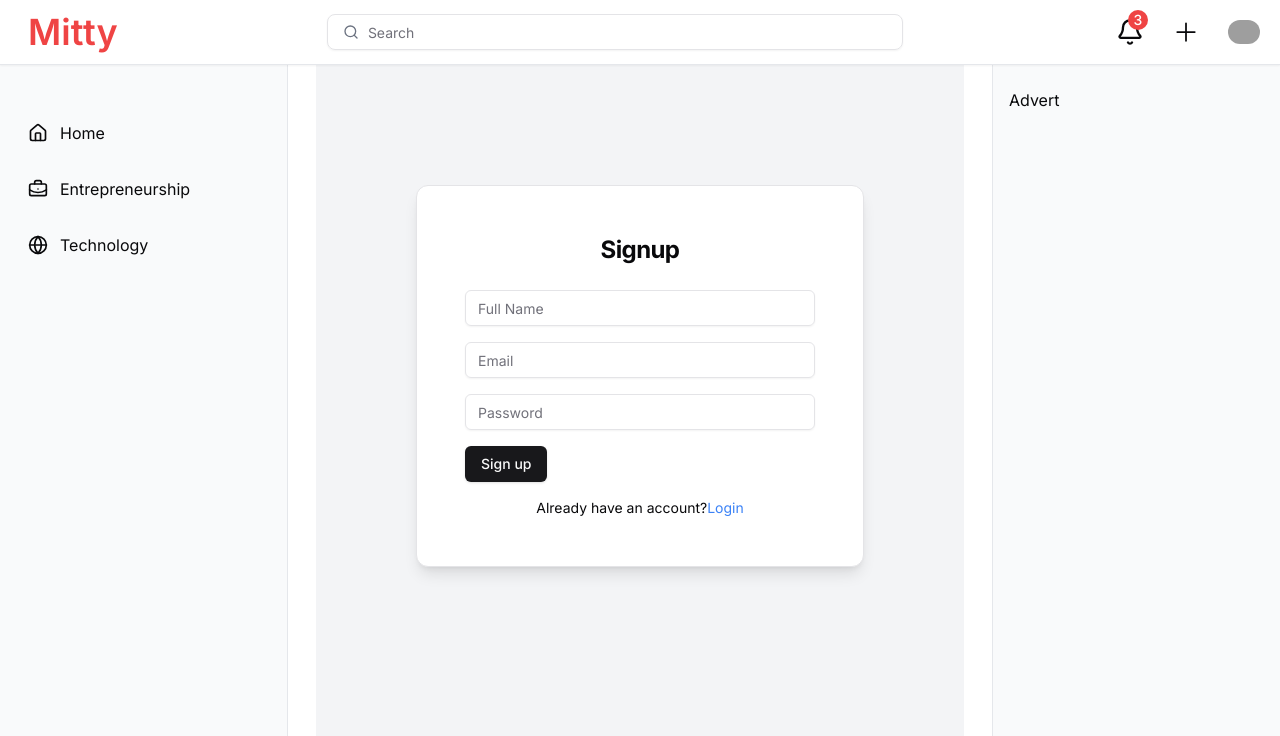
Repository: IssaMuiz/afrixpace-frontend
Page: /auth/register
These files come from the project's save history. The page is drawn as it stood at one moment and after the next save; the edit follows.
The browser window is 1280 px wide. The pictures show the whole page.
Pictures or frames that could not be fetched are drawn as grey boxes. The project was rebuilt for these pictures with package versions that can differ from the ones it lists, and the page was loaded fresh each time. The framework's server and built-in components were replaced by stand-ins that run in the browser. Also part of the build but not shown: next.config.ts, components/ui/textarea.tsx.

Above is the page before, as saved 2025-02-10 04:10:01.

After the next save:
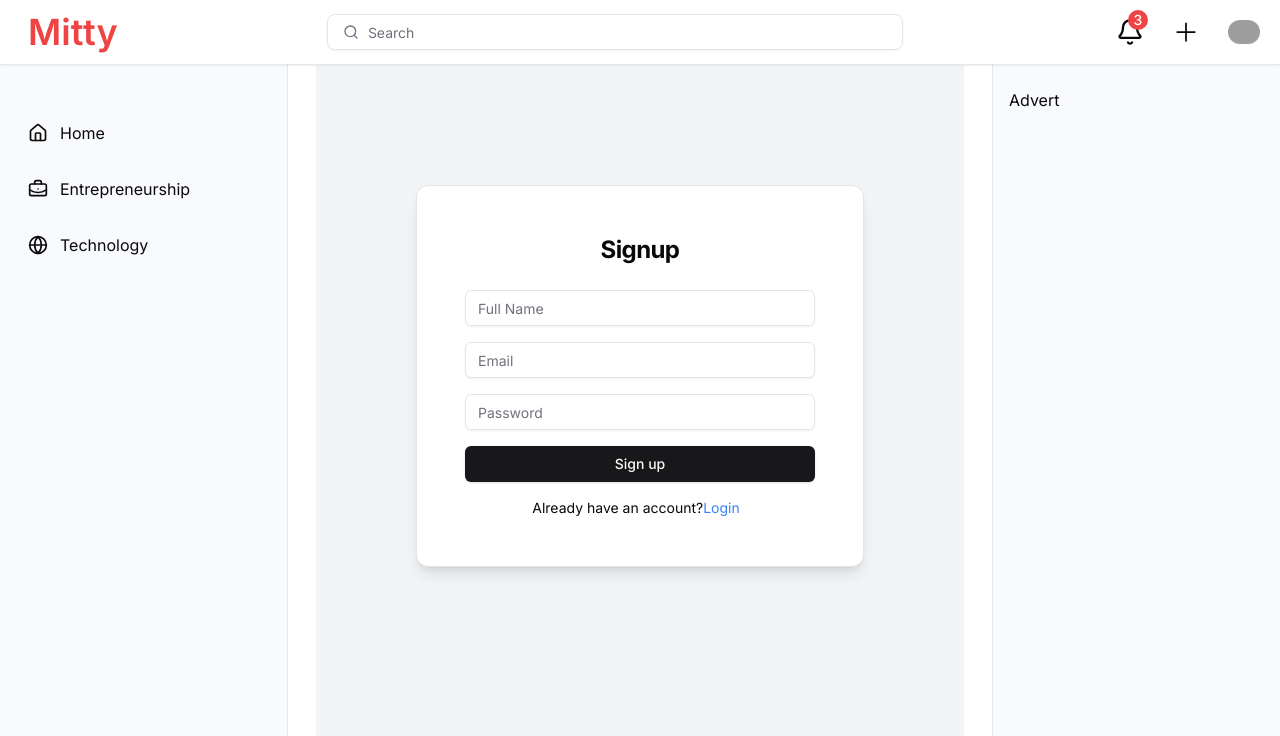
Saved 20 min 3 s later.
--- a/app/auth/components/AuthForm.tsx
+++ b/app/auth/components/AuthForm.tsx
@@ -75,7 +75,7 @@
                 </p>
               )}
             </div>
-            <Button>
+            <Button className="w-full">
               {loading
                 ? "Processing..."
                 : type === "login"
@@ -90,7 +90,7 @@
               : "Already have an account?"}
             <Link
               href={type === "login" ? "/auth/signup" : "/auth/login"}
-              className="text-blue-500 hover:underline"
+              className="text-blue-500 hover:underline mr-2"
             >
               {type === "login" ? "Sign up" : "Login"}
             </Link>
